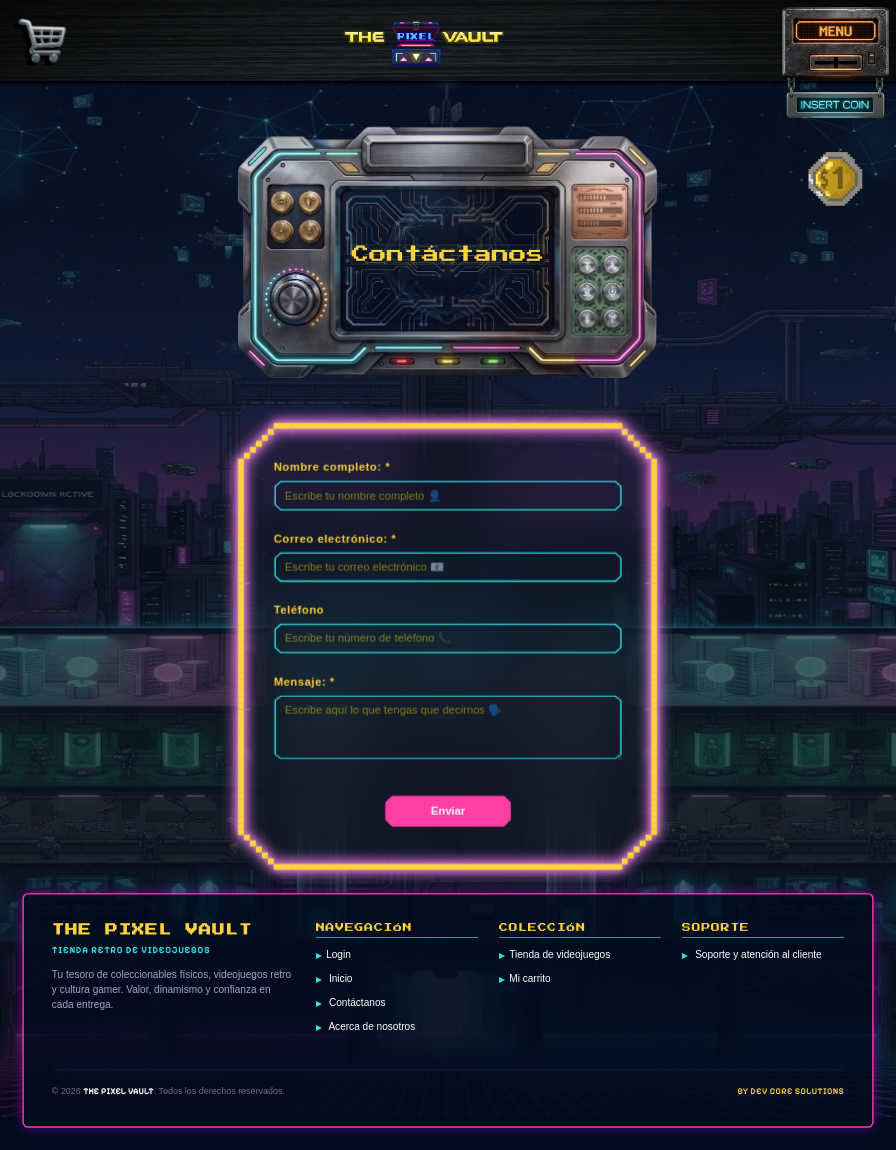
Repository: DianaSGarciaR/The-Pixel-Vault
Page: contactanos.html
An editor plug-in stored every save of this project. The page is shown before and after a run of saves, followed by the edit.
The browser window is 1280 px wide. The pictures show the whole page, at 70% of full size.
Some web fonts or font styles are not loaded; a fallback is used.

Above is the page before, as saved 2026-10-21 14:11:32.
Console error: SyntaxError: Cannot use import statement outside a module

### contactanos.html
<!DOCTYPE html>
<html lang="es">

<head>
    <meta charset="UTF-8">
    <meta name="viewport" content="width=device-width, initial-scale=1.0">
    <title>Contáctanos</title>

  <!-- !LINK BOOSTRAP-->
    <link href="https://cdn.jsdelivr.net/npm/bootstrap@5.3.8/dist/css/bootstrap.min.css" rel="stylesheet"
        integrity="sha384-sRIl4kxILFvY47J16cr9ZwB07vP4J8+LH7qKQnuqkuIAvNWLzeN8tE5YBujZqJLB"
        crossorigin="anonymous">
  <!-- !FIN LINK BOOSTRAP-->
    <link rel="stylesheet" href="./styles/contactanos.css">
    <link rel="stylesheet" href="./styles/styles.css">

    <!--Link de fuente-->
    <style>
        @import url('https://fonts.googleapis.com/css2?family=Inter:ital,opsz,wght@0,14..32,100..900;1,14..32,100..900&family=Pixelify+Sans:wght@400..700&family=Quantico:ital,wght@0,400;0,700;1,400;1,700&display=swap');
    </style>
</head>

<body>

    <!-- Navbar-->
    <main class="navThePixelVault"></main>

    <!-- Banner principal de la página. -->
    <section class="banner-container">
        <!-- Imagen de fondo -->
        <img class="banner-frame" src="./assets/banner-img.webp" alt="Marco del banner"> <!--Puse el ./ (Beto)-->

        <!-- Título  -->
        <div class="banner-screen">
            <h5 class="yellow-accent btn-yellow quantico, head">Contáctanos</h5>
        </div>
    </section>

    <!-- Formulario dentro de un marco con efecto neón. -->
    <div class="formulario">
        <div class="content">
            <form  class="contact-form" id = "contactUs" action="https://formspree.io/f/mjykbyja" method="POST">



                <div class="mb-3">
                    <label for="nombre" class="form-label">Nombre completo: *</label>

                    <div class="input-svg-wrapper">
                        <!-- Marco neón para el recuadro donde el usuario escribe. -->
                        <svg viewBox="0 0 500 48" preserveAspectRatio="none" aria-hidden="true">
                            <path class="input-frame-path"
                                d="M 10,2 L 490,2 L 498,10 L 498,38 L 490,46 L 10,46 L 2,38 L 2,10 Z" />
                        </svg>

                        <input type="text" class="form-control" id="nombre" name="name"
                            placeholder="Escribe tu nombre completo 👤">
                    </div>
                </div>

                <div class="mb-3">
                    <label for="correo" class="form-label">Correo electrónico: *</label>

                    <div class="input-svg-wrapper">
                        <svg viewBox="0 0 500 48" preserveAspectRatio="none" aria-hidden="true">
                            <path class="input-frame-path"
                                d="M 10,2 L 490,2 L 498,10 L 498,38 L 490,46 L 10,46 L 2,38 L 2,10 Z" />
                        </svg>

                        <input type="email" class="form-control" id="correo" name="email"
                            placeholder="Escribe tu correo electrónico 📧">
                    </div>
                </div>

                <div class="mb-3">
                    <label for="telefono" class="form-label">Teléfono</label>

                    <div class="input-svg-wrapper">
                        <svg viewBox="0 0 500 48" preserveAspectRatio="none" aria-hidden="true">
                            <path class="input-frame-path"
                                d="M 10,2 L 490,2 L 498,10 L 498,38 L 490,46 L 10,46 L 2,38 L 2,10 Z" />
                        </svg>

                        <input type="text" class="form-control" id="telefono" name="phone"
                            placeholder="Escribe tu número de teléfono 📞">
                    </div>
                </div>

                <div class="mb-3">
                    <label for="mensaje" class="form-label">Mensaje: *</label>

                    <div class="input-svg-wrapper">
                        <svg viewBox="0 0 500 120" preserveAspectRatio="none" aria-hidden="true">
                            <path class="input-frame-path"
                                d="M 10,2 L 490,2 L 498,10 L 498,110 L 490,118 L 10,118 L 2,110 L 2,10 Z" />
                        </svg>

                        <textarea class="form-control" id="mensaje"  name="message" rows="3"
                            placeholder="Escribe aquí lo que tengas que decirnos 🗣️"></textarea>
                    </div>
                </div>

                <button type="submit" class="btn btn-fucsia">Enviar</button>
                <div id="resultadoRegistro"></div>

            </form>
        </div>
    </div>
</div>
    <!-- Footer: su contenido se inserta desde globalElements.js. -->
    <footer class="footer-container"></footer>

  <!-- ! ENLACES DE ARCHIVOS JAVASCRIP-->
    <script src="./javascript/globalElements.js"></script>
    <script src="./javascript/contactanos.js"></script>
  <!-- ! FIN DE ENLACES DE ARCHIVOS JAVASCRIP-->
  <!-- !LINK BOOSTRAP-->
    <script src="https://cdn.jsdelivr.net/npm/bootstrap@5.3.8/dist/js/bootstrap.bundle.min.js"
        integrity="sha384-FKyoEForCGlyvwx9Hj09JcYn3nv7wiPVlz7YYwJrWVcXK/BmnVDxM+D2scQbITxI"
        crossorigin="anonymous"></script>
    <!-- !FIN LINK BOOSTRAP-->


</body>

</html>

### styles/contactanos.css
.formulario{
    position:relative;
    backdrop-filter: blur(50px);
    z-index: 1;
    border: 4vw solid transparent;
    height: auto;
    width: 80%;
    justify-self: center;
    max-width: 600px;
}
h5{
  font-size: clamp(10px, 4vw, 25px) !important;
}
.formulario::before{
    position: absolute;
    z-index: -1;
    content:"";
    top: -4vw;
    left: -4vw;
    right: -4vw;
    bottom: -4vw;
    border: 4vw solid transparent;
    border-image-slice: 6;
    border-image-repeat: repeat;
    border-image-source: url('../assets/marco-pixel-amarillo.svg');
    filter: drop-shadow(0 0 10px #ff00ea) drop-shadow(0 0 5px #ffffff);
}

/*
 * FORMULARIO
 */

/* Organiza verticalmente los campos del formulario. */
.contact-form {
  display: flex;
  flex-direction: column;
  gap: 12px;
  width: 100%;
  font-family: var(--font-pixel-body);
}

/* Etiquetas de los campos. */
.contact-form .form-label {
  color: var(--yellow-accent);
  font-family: var(--font-pixel-body);
  font-weight: 700;
  letter-spacing: 0.05em;
  margin-bottom: 0.4rem;
  display: block;
  text-align: left;
}

/* Contenedor que permite colocar el SVG detrás del campo. */
.input-svg-wrapper {
  position: relative;
  width: 100%;
}

/* El SVG se coloca como una capa detrás del input o textarea. */
.input-svg-wrapper svg {
  position: absolute;
  inset: 0;
  width: 100%;
  height: 100%;
  pointer-events: none;
  z-index: 0;
  overflow: visible;
}

/* Borde neón de cada campo. */
.input-frame-path {
  fill: transparent;
  stroke: var(--cyan-accent, #2DE2E6);
  stroke-width: 2px;
  stroke-linejoin: miter;
  filter: url(#neon-glow);
}


.contact-form .form-control {
  position: relative;
  z-index: 1;
  background-color: transparent !important;
  border: none !important;
  outline: none !important;
  box-shadow: none !important;
  color: var(--yellow-accent);
  font-family: var(--font-pixel-body);
  padding: 10px 16px;
}

/* Texto de ejemplo que aparece dentro de los campos vacíos. */
.contact-form .form-control::placeholder {
  color: rgba(255, 230, 0, 0.5);
}

/*
 * Botón de envío con apariencia de interfaz de videojuego.
 */
.btn-fucsia {
  display: block;
  width: 100%;
  max-width: 180px;
  margin: 1.5rem auto 0;
  padding: 10px 20px;
  background-color: var(--border-color) !important;
  color: #ffffff;
  font-family: var(--font-pixel-body);
  font-weight: bold;
  border: none !important;
  border-radius: 0 !important;

  /* Recorta las esquinas para crear el estilo Sci-Fi. */
  clip-path: polygon(
    10px 0,
    calc(100% - 10px) 0,
    100% 10px,
    100% calc(100% - 10px),
    calc(100% - 10px) 100%,
    10px 100%,
    0 calc(100% - 10px),
    0 10px
  );

  /* Brillo neón y transición para el efecto hover. */
  filter: drop-shadow(0 0 8px rgba(255, 0, 127, 0.8));
  transition: transform 0.2s ease, filter 0.2s ease;
  cursor: pointer;
}

/* Aumenta ligeramente el botón y su brillo al pasar el cursor. */
.btn-fucsia:hover {
  transform: scale(1.05);
  filter: drop-shadow(0 0 14px rgba(255, 0, 127, 1));
}

Loaded but not shown: assets/marco-pixel-amarillo.svg (66 lines, source omitted); javascript/globalElements.js (361 lines, source omitted); javascript/contactanos.js (125 lines, source omitted); styles/styles.css (1016 lines, source omitted)

After the next 2 saves:
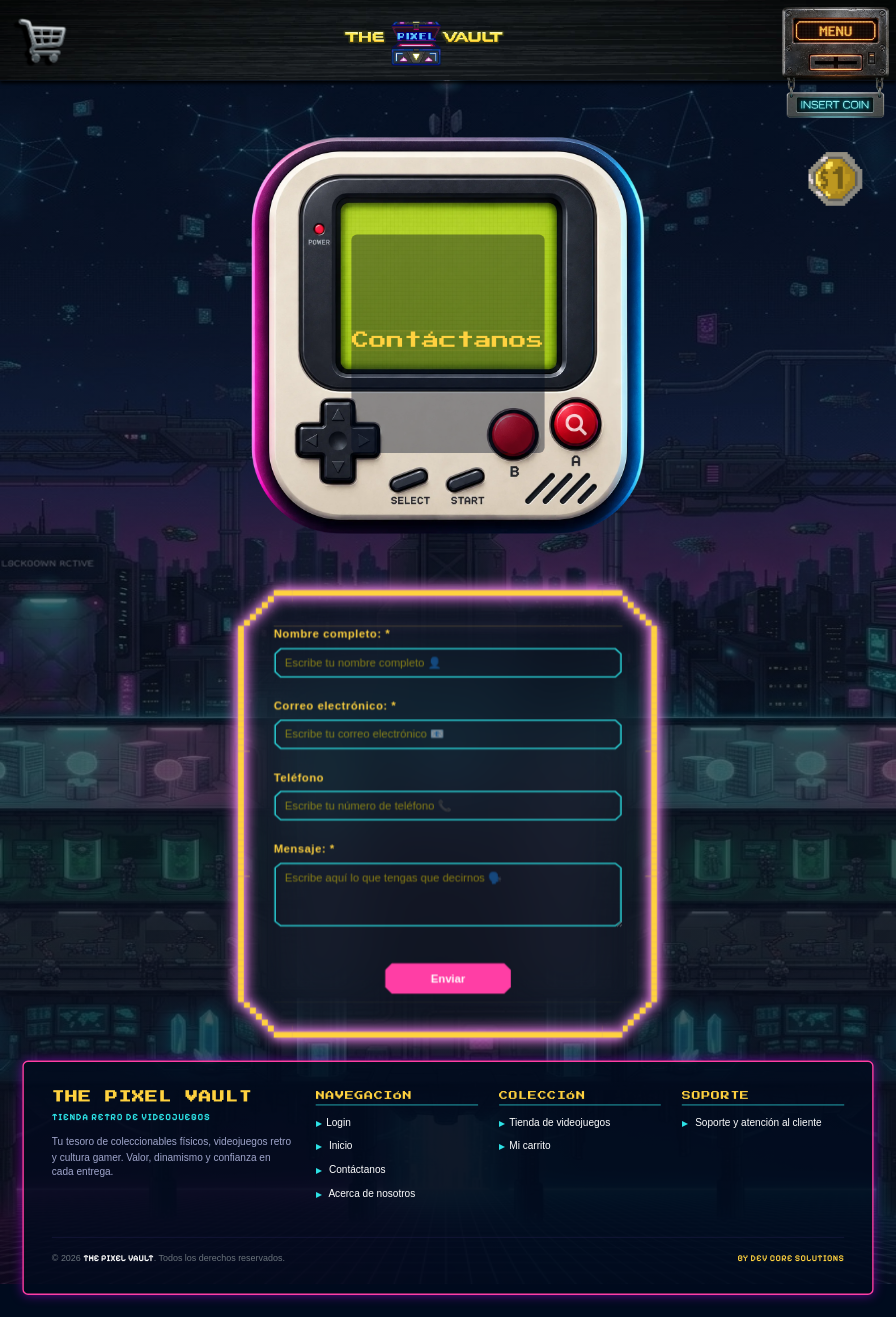
The 2 saves are shown as one change because they came seconds apart.
The last was saved 21 s later.
--- a/contactanos.html
+++ b/contactanos.html
@@ -28,7 +28,7 @@
     <!-- Banner principal de la página. -->
     <section class="banner-container">
         <!-- Imagen de fondo -->
-        <img class="banner-frame" src="./assets/banner-img.webp" alt="Marco del banner"> <!--Puse el ./ (Beto)-->
+        <img class="banner-frame" src="./assets/bannercontactanos.webp" alt="Marco del banner"> <!--Puse el ./ (Beto)-->
 
         <!-- Título  -->
         <div class="banner-screen">
